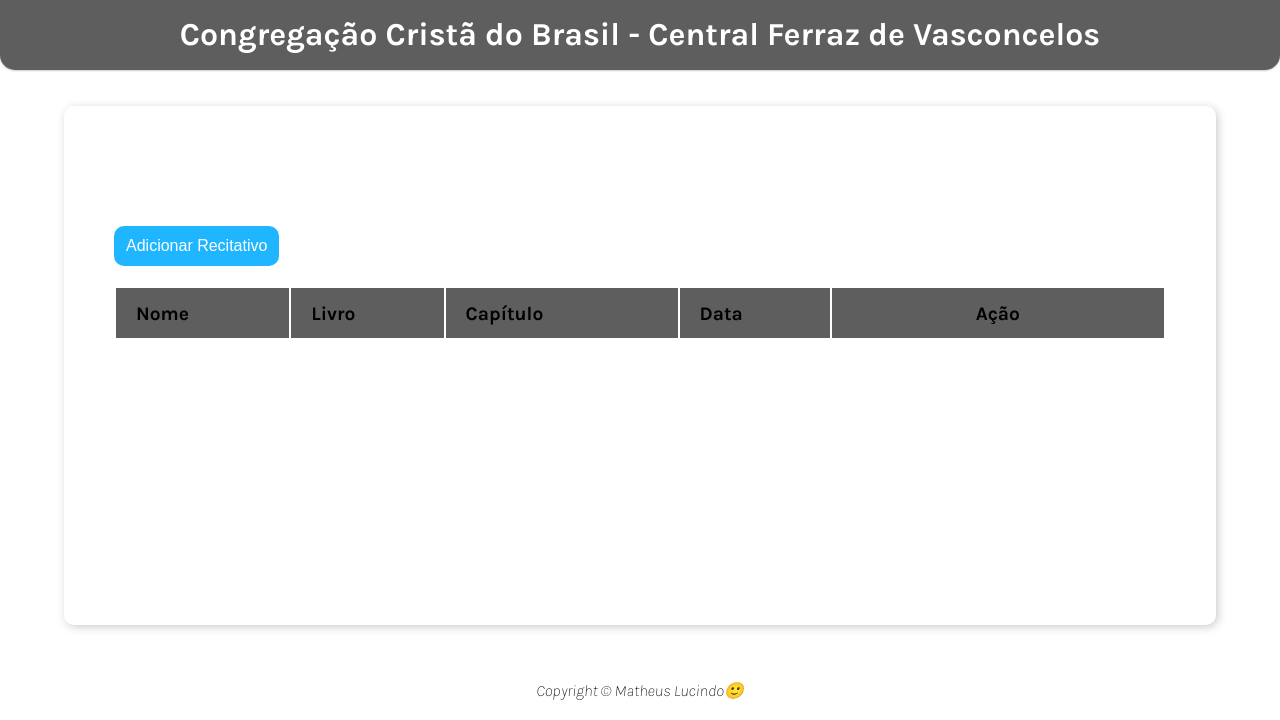
Repository: Matheus904-12/API-da-CCB
Page: beta4/index.html
The author's editor kept a copy of each file at every save. The page is drawn from the files as they stood at one save, then again after a run of saves.
The browser window is 1280 px wide. The pictures show the whole page.

Above is the page before, as saved 2024-01-12 20:14:16.

After the next 2 saves:
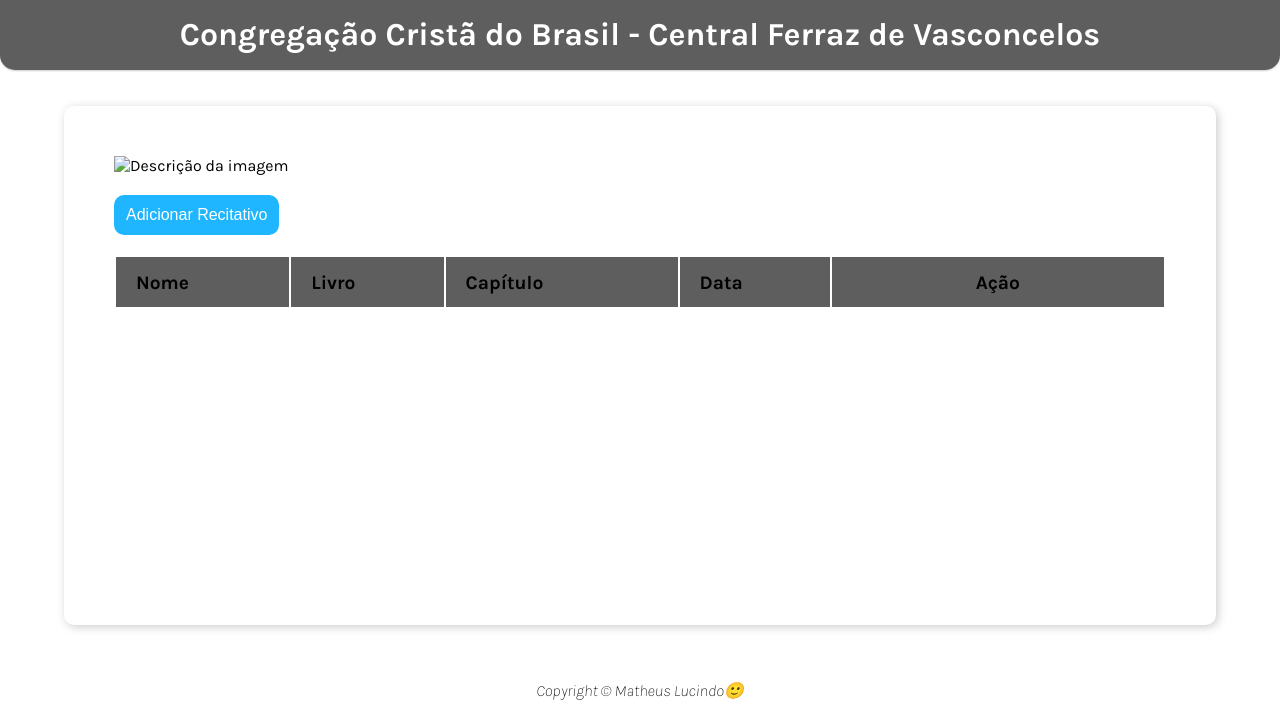
Not found: beta4/297494.svg
The 2 saves are shown as one change because they came seconds apart.
The last was saved 30 s later.
--- a/beta4/index.html
+++ b/beta4/index.html
@@ -21,10 +21,8 @@
         <h1 class="header-title">Congregação Cristã do Brasil - Central Ferraz de Vasconcelos</h1>
     </header>
     <main>
-        <svg width="50" height="50" xmlns="http://www.w3.org/2000/svg" viewBox="0 0 24 24" fill="#000000">
-            <!-- Inclua o conteúdo do seu arquivo SVG aqui -->
-            <!-- Por exemplo: <path d="..." /> -->
-        </svg>        <button type="button" class="button blue mobile" id="cadastrarCliente">Adicionar Recitativo</button>
+        <img src="297494.svg" alt="Descrição da imagem">
+        <button type="button" class="button blue mobile" id="cadastrarCliente">Adicionar Recitativo</button>
         <table id="tableClient" class="records">
             <thead>
                 <tr>
